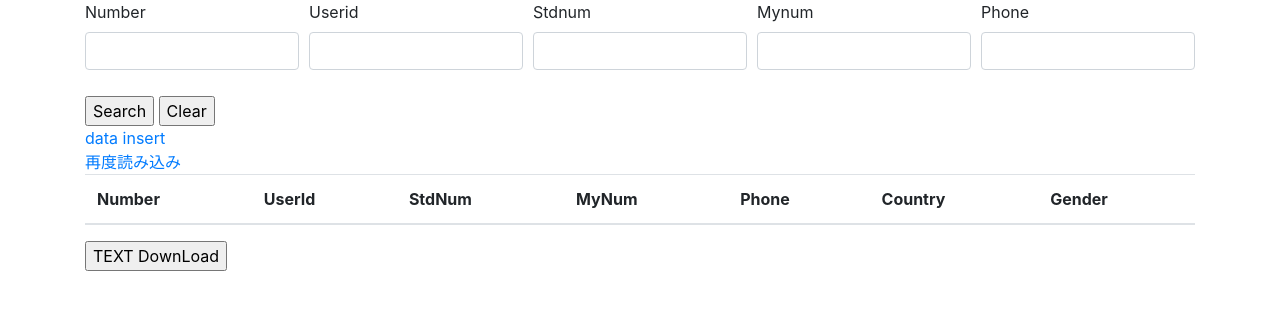
Repository: ken1087/practice
Page: http://localhost/pratice/WEB-INF/views/search.jsp
An editor plug-in stored every save of this project. The page is shown before and after the next save, followed by the edit.
The browser window is 1280 px wide. The pictures show the whole page.
The page is served by Tomcat 9. Nobody is signed in. The template is opened directly, without the code that normally fills it, so the values that code supplies are empty.

Above is the page before, as saved 2019-09-12 03:54:42.

After the next save:
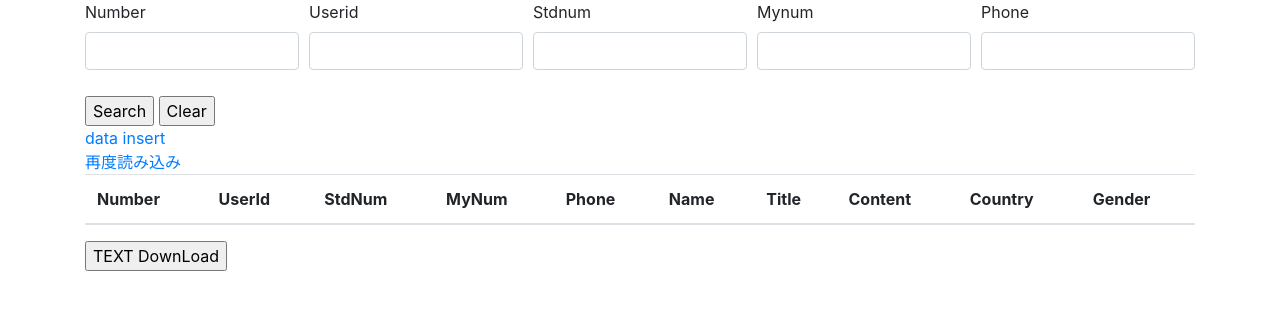
Saved 87 s later.
--- a/pratice/src/main/webapp/WEB-INF/views/search.jsp
+++ b/pratice/src/main/webapp/WEB-INF/views/search.jsp
@@ -85,7 +85,10 @@
                     <th>MyNum</th>
                     <th>Phone</th>
 
-					<!--項目2個追加表示  -->
+					<!--項目5個追加表示  -->
+					<th>Name</th>
+					<th>Title</th>
+					<th>Content</th>
                     <th>Country</th>
                     <th>Gender</th>
                 </tr>
